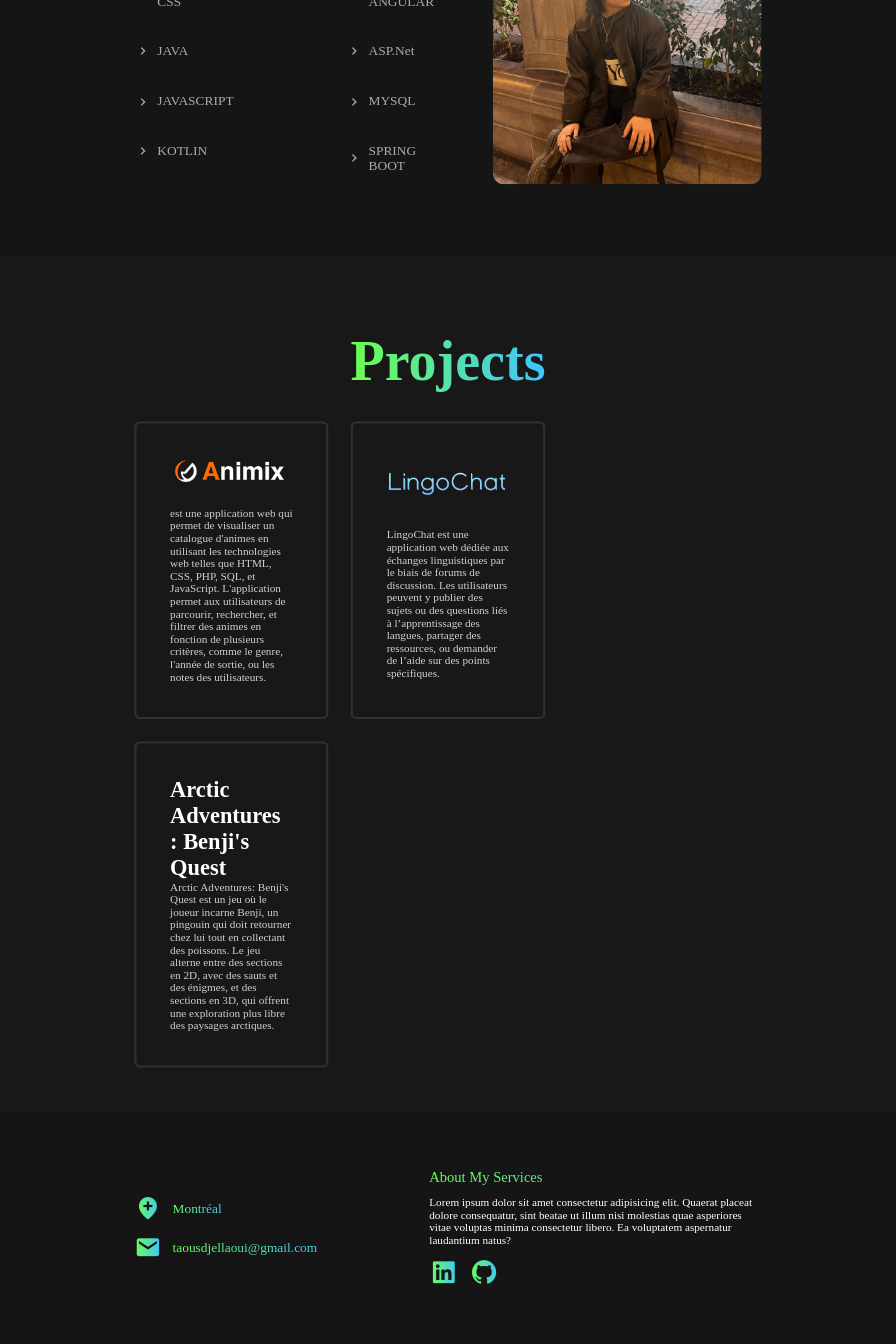
Repository: taousdjellaoui/portfolio-
Page: index.html
These files come from the project's save history. The page is drawn as it stood at one moment and after the next save; the edit follows.
The browser window is 1280 px wide. The pictures show the part of the page from y = 1073 to 2993 px (the page is 2993 px tall before and 2536 px after), at 70% of full size.
A picture or video elsewhere on the page could not be fetched, so the positions and the page height are approximate.

Above is the page before, as saved 2024-10-09 20:27:55.

After the next save:
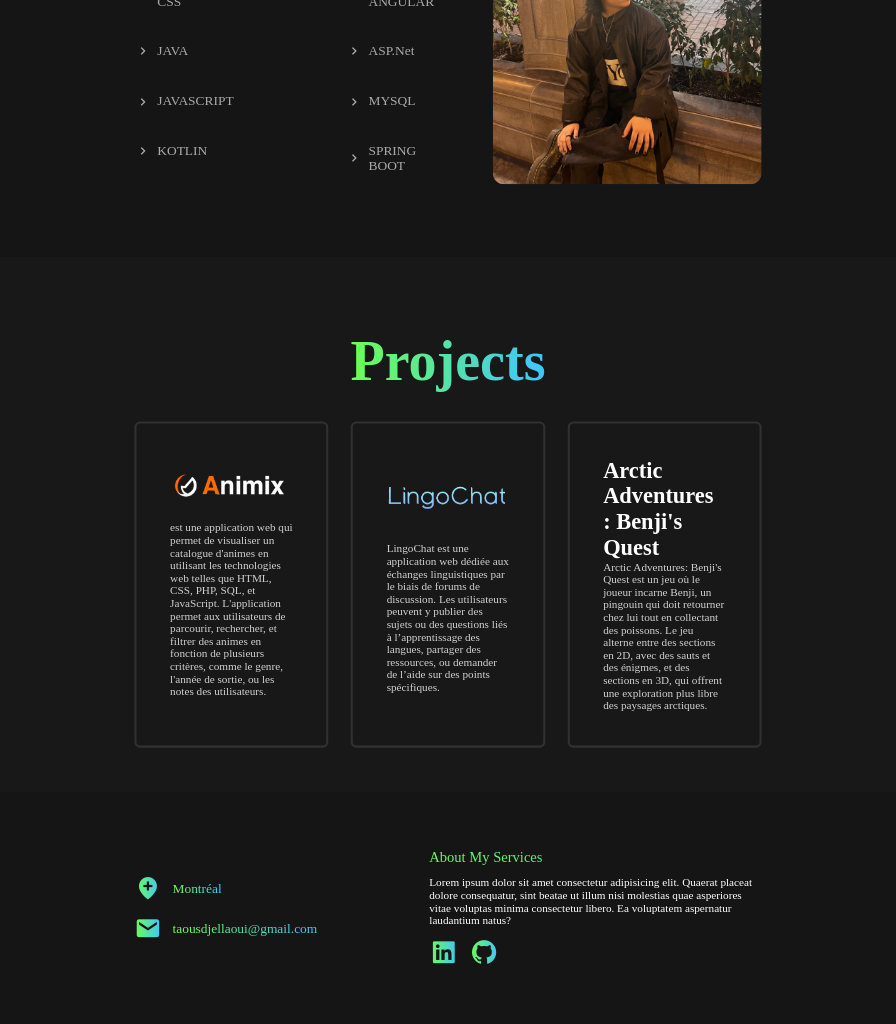
Saved 38 s later.
--- a/index.html
+++ b/index.html
@@ -90,7 +90,8 @@
             LingoChat est une application web dédiée aux échanges linguistiques par le biais de forums de discussion. Les utilisateurs peuvent y publier des sujets ou des questions liés à l’apprentissage des langues, partager
             des ressources, ou demander de l’aide sur des points spécifiques.</p>
         </div>
-        <a href="https://taousdjellaoui.itch.io/arctic-adventures-benjis-quest"> <div class="box">
+       <div class="box">
+        <a href="https://taousdjellaoui.itch.io/arctic-adventures-benjis-quest">
           <h1>Arctic Adventures : Benji's Quest</h1>
           <p>Arctic Adventures: Benji's Quest est un jeu où le
             joueur incarne Benji, un pingouin qui doit retourner chez lui tout en
